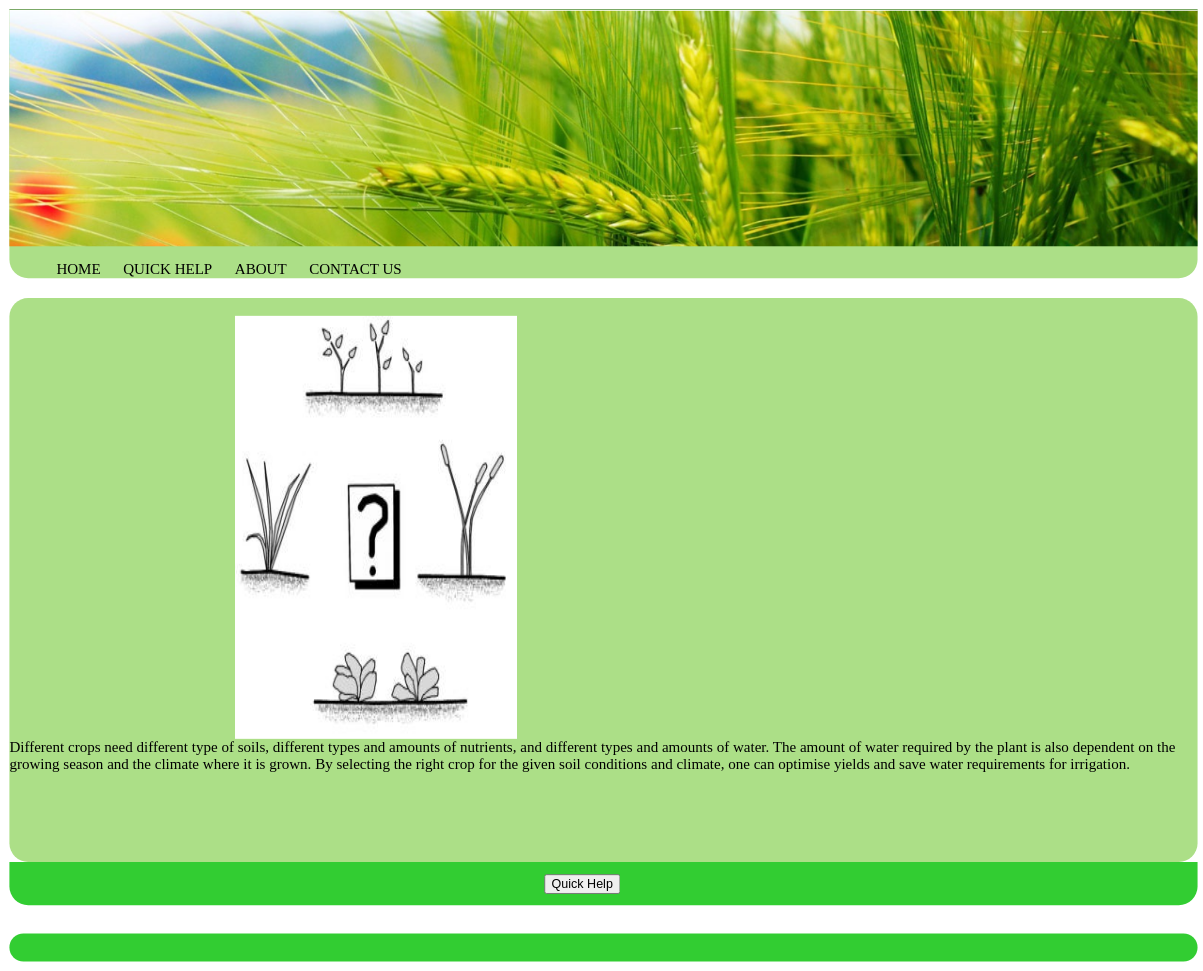
Repository: shivamtyagi1234/FarmoFriend
Page: http://localhost/FarmoFriend/
The author's editor kept a copy of each file at every save. The page is drawn from the files as they stood at one save, then again after the next save.
The browser window is 1280 px wide. The pictures show the whole page, at 94% of full size.
The page is served by Tomcat 9. Other server files are loaded and not shown.

Above is the page before, as saved 2019-11-03 07:07:27.

### FarmoFriend/WebContent/home.jsp
<%@ page language="java" contentType="text/html; charset=ISO-8859-1"
    pageEncoding="ISO-8859-1"%>
<!DOCTYPE html PUBLIC "-//W3C//DTD HTML 4.01 Transitional//EN" "http://www.w3.org/TR/html4/loose.dtd">
<html>
<head>
<meta http-equiv="Content-Type" content="text/html; charset=ISO-8859-1">
<title>home</title>

<style type="text/css">
#main
{
width: 100%;
height: 100%;
border: 2px solid white;
}
#homeHead
{
background-color: #ACDF87;
border-radius:0px 0px 20px 20px;
}
#blank1
{
width: 100%;
height: 5px;
}
#homeBody
{
background-color: #ACDF87;
border-top:2px solid;
width: 100%;
height: 600px;
border: 2px;
border-color:limegreen;
border-radius:20px 20px 20px 20px;
}
#homeImage
{
height: 100%;
width: 50%;
}
#homeContent
{
height: 100%;
width: 50%;
}
#homeBody img
{
height:450px;
width:300px;
padding-left: 38%;
padding-top: 3%;
}
#vote
{
border:2px;
border-color: limegreen;
padding-top:1%;
padding-left: 45%;
padding-bottom:1%;
background-color: limegreen;
border-radius:0px 0px 20px 20px;
}
#blank2
{
width: 100%;
height:30px;
}
</style>
</head>
<body >
<div id="main">
<div id="homeHead">
<jsp:include page="header.jsp"></jsp:include>
</div>
<div id="blank1"></div>

<div id="homeBody">
	<div style="float: left; width: 50%"><img alt="home1" src="images\crop selection.jpg" ></div>
	<div style="float: right;">Different crops need different type of soils, different types and amounts of nutrients, and different types and amounts of water. The amount of water required by the plant is also dependent on the growing season and the climate where it is grown. By selecting the right crop for the given soil conditions and climate, one can optimise yields and save water requirements for irrigation.</div>




</div>
<div id="vote">
<a href="voterLogin.jsp"><button>Quick Help</button></a>
</div>
<div id="blank2"></div>
<div id="homeFoot">
<jsp:include page="footer.jsp"></jsp:include>
</div>
</div>
</body>
</html>

### FarmoFriend/WebContent/header.jsp
<%@ page language="java" contentType="text/html; charset=ISO-8859-1"
    pageEncoding="ISO-8859-1"%>
<!DOCTYPE html PUBLIC "-//W3C//DTD HTML 4.01 Transitional//EN" "http://www.w3.org/TR/html4/loose.dtd">
<head>
<meta http-equiv="Content-Type" content="text/html; charset=ISO-8859-1">
<title>result</title>
<style>
#header
{
height: 25%;
width: 100%;


}
#header ul
{
list-style-type: none;
}
#header ul li
{
display: inline;

padding: 10px;
}
#header ul li a
{
text-decoration: none;
color: black;
}
</style>
</head>
<body>
<div id="header">
	<img src="images\head.png" width="100%">
	<ul>
	<li><a href="home.jsp">HOME</a></li>
	<li><a href="registration.jsp">QUICK HELP</a></li>
	<li><a href="voterLogin.jsp">ABOUT</a></li>
	<li><a href="result.jsp">CONTACT US</a></li>
</ul>
</div>
</body>
</html>

### FarmoFriend/WebContent/footer.jsp
<%@ page language="java" contentType="text/html; charset=ISO-8859-1"
    pageEncoding="ISO-8859-1"%>
<!DOCTYPE html PUBLIC "-//W3C//DTD HTML 4.01 Transitional//EN" "http://www.w3.org/TR/html4/loose.dtd">
<html>
<head>
<meta http-equiv="Content-Type" content="text/html; charset=ISO-8859-1">

<title>FOOTER</title>
<style type="text/css">
#footer
{
width: 100%;
height: 30px;
background-color: limegreen;
border-radius:20px 20px 20px 20px;
}
</style>
</head>
<body>
<div id="footer">

</div>
</body>
</html>

After the next save:
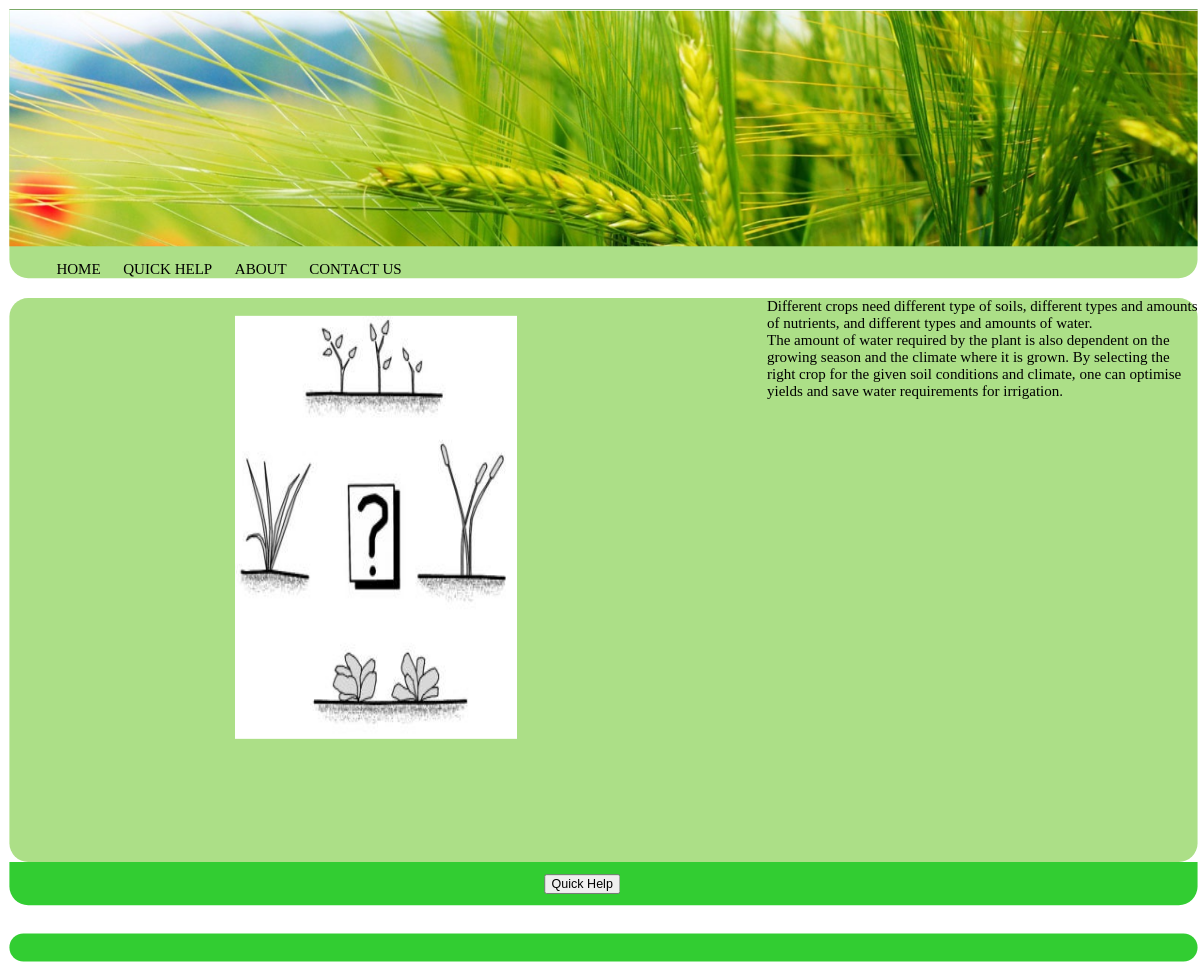
Saved 81 s later.
--- a/FarmoFriend/WebContent/home.jsp
+++ b/FarmoFriend/WebContent/home.jsp
@@ -76,7 +76,14 @@ height:30px;
 
 <div id="homeBody">
 	<div style="float: left; width: 50%"><img alt="home1" src="images\crop selection.jpg" ></div>
-	<div style="float: right;">Different crops need different type of soils, different types and amounts of nutrients, and different types and amounts of water. The amount of water required by the plant is also dependent on the growing season and the climate where it is grown. By selecting the right crop for the given soil conditions and climate, one can optimise yields and save water requirements for irrigation.</div>
+	<div style="float: right;">
+	Different crops need different type of soils, different types and amounts
+	<br>of nutrients, and different types and amounts of water.
+	<br> The amount of water required by the plant is also dependent on the
+	<br>growing season and the climate where it is grown. By selecting the
+	<br>right crop for the given soil conditions and climate, one can optimise
+	<br> yields and save water requirements for irrigation.<br>
+	</div>
 
 
 
